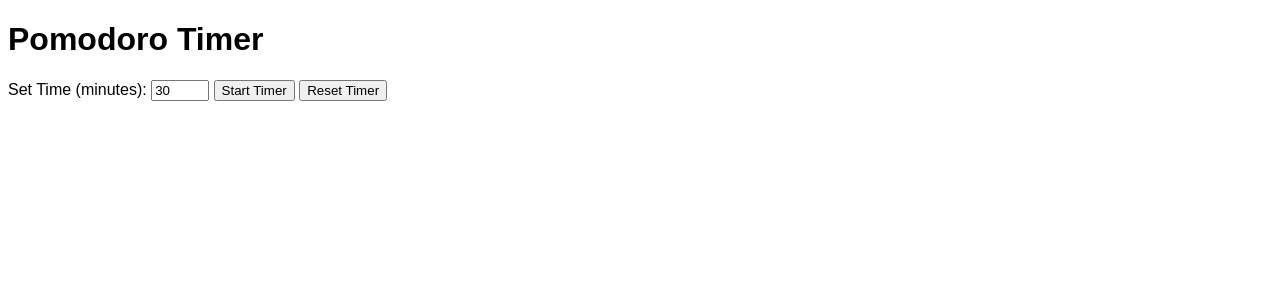
Repository: Prateek09102001/POMODORO-TIMER-UPDATEED-EXTENSIONS
Page: popup.html
These files come from the project's save history. The page is drawn as it stood at one moment and after the next save; the edit follows.
The browser window is 1280 px wide. The pictures show the whole page.

Above is the page before, as saved 2024-09-30 18:29:58.
Console error: TypeError: Cannot read properties of null (reading 'addEventListener')

After the next save:
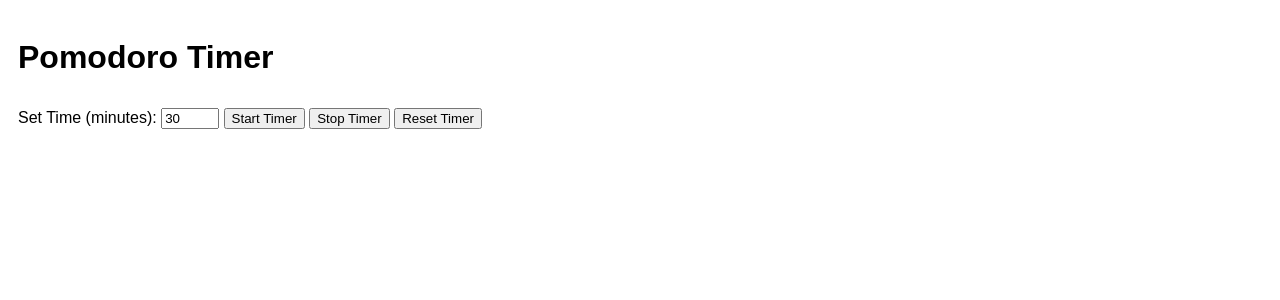
The error is gone.
Saved 12 s later.
--- a/popup.html
+++ b/popup.html
@@ -5,8 +5,9 @@
     <meta name="viewport" content="width=device-width, initial-scale=1.0">
     <title>Pomodoro Timer</title>
     <style>
-        body { font-family: Arial, sans-serif; }
+        body { font-family: Arial, sans-serif; padding: 10px; }
         input { width: 50px; }
+        button { margin-top: 10px; }
     </style>
 </head>
 <body>
@@ -14,6 +15,7 @@
     <label for="minutes">Set Time (minutes):</label>
     <input type="number" id="minutes" min="1" value="30">
     <button id="start">Start Timer</button>
+    <button id="stop">Stop Timer</button>
     <button id="reset">Reset Timer</button>
 
     <script src="popup.js"></script>
